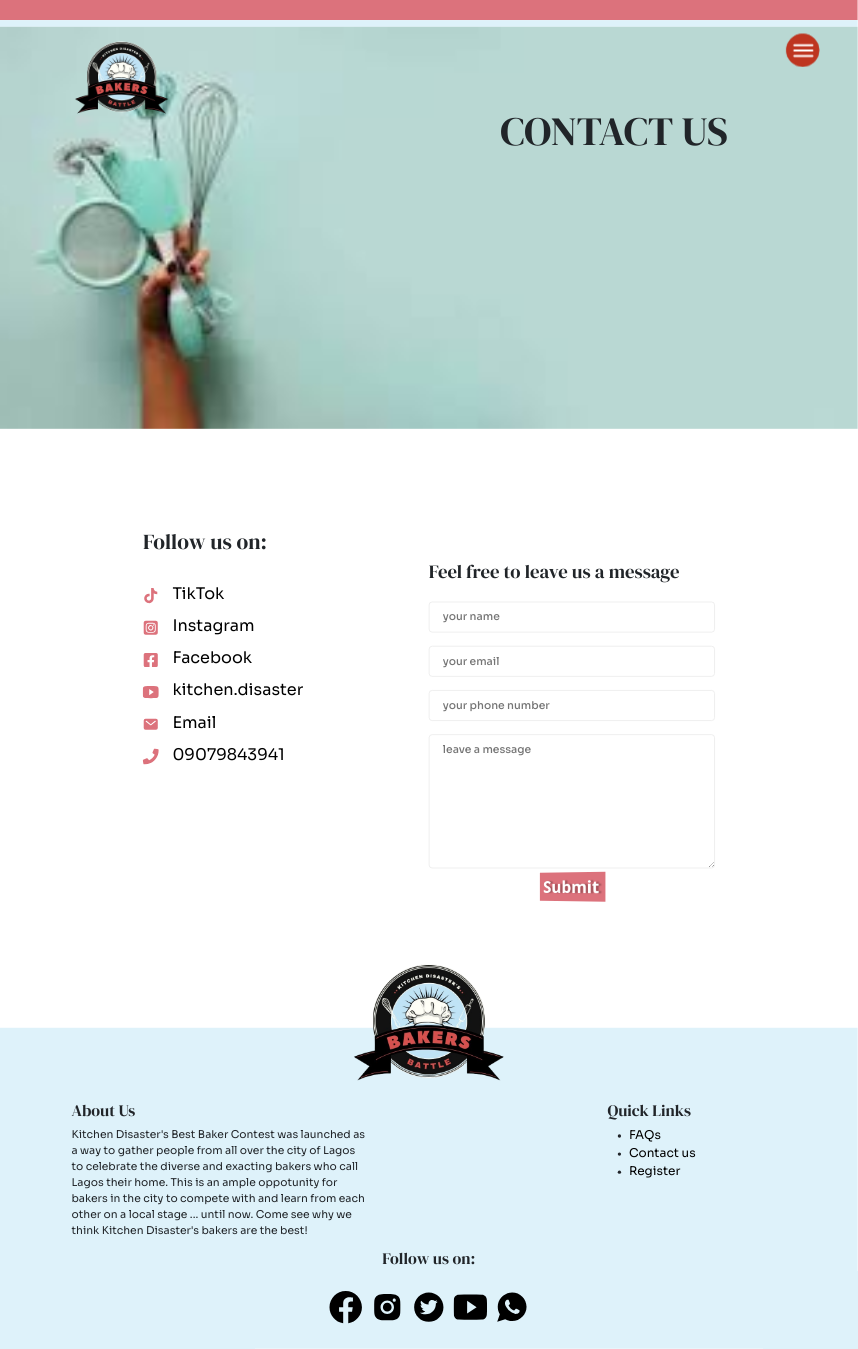
Repository: sarahnnanyelugo/bakers-battle
Page: /contact
These files come from the project's save history. The page is drawn as it stood at one moment and after the next save; the edit follows.
The browser window is 1280 px wide. The pictures show the whole page, at 67% of full size.
The project was rebuilt for these pictures with package versions that can differ from the ones it lists, and the page was loaded fresh each time. Also part of the build but not shown: src/components/ScreenSlide/slide.scss, src/components/ScreenSlide/ScreenSlide.js, src/pages/Home/home.scss, src/pages/Home/Home.js, src/components/Title.js, src/components/FAQAccord/faq-accord.scss, src/components/FAQAccord/FAQAccord.js, src/pages/FAQ/faq.scss and 9 more.

Above is the page before, as saved 2024-07-17 01:18:42.

### src/App.js
import logo from "./logo.svg";
import "./App.scss";
import "bootstrap/dist/css/bootstrap.min.css";
import { BrowserRouter, Routes, Route, Link, Outlet } from "react-router-dom";
import { Home } from "./pages/Home/Home";
import { Navbar } from "./components/Navbar/Navbar";
import { Footer } from "./components/Footer/Footer";
import { FAQ } from "./pages/FAQ/FAQ";
import { Registration } from "./pages/Registration/Registration";
import { Contact } from "./pages/ContactPage/Contact";
import { Sponsors } from "./pages/Sponsors/Sponsors";
import ScrollToTop from "./scrollToTop";
import About from "./pages/About/About";
function App() {
  return (
    <>
      <ScrollToTop />
      <Navbar />
      <Routes>
        <Route path="/" element={<Home />} />{" "}
        <Route path="/faq" element={<FAQ />} />{" "}
        <Route path="/registration" element={<Registration />} />{" "}
        <Route path="/contact" element={<Contact />} />{" "}
        <Route path="/sponsors" element={<Sponsors />} />{" "}
        <Route path="/about" element={<About />} />{" "}
      </Routes>
      <Footer />
    </>
  );
}

export default App;

### src/App.scss
.app-btn {
  color: #fff;
  background: #dc727c;
  padding: 5px 30px;
  border-radius: 10px;
  border: solid 4px #dc727c;
  font-size: 30px;
  &:hover {
    color: #dc727c;
    background: #fff;
    transition: 0.5s ease;
  }
}

.button-92 {
  --c: #fff;

  background: linear-gradient(90deg, #0000 33%, #fff5, #0000 67%)
      var(--_p, 100%) / 300% no-repeat,
    #dc727c;

  color: #0000;
  border: none;
  transform: perspective(500px) rotateY(calc(20deg * var(--_i, -1)));
  text-shadow: calc(var(--_i, -1) * 0.08em) -0.01em 0 var(--c),
    calc(var(--_i, -1) * -0.08em) 0.01em 2px #0004;
  outline-offset: 0.1em;
  transition: 0.3s;
}

.button-92:hover,
.button-92:focus-visible {
  --_p: 0%;
  --_i: 1;
}

.button-92:active {
  text-shadow: none;
  color: var(--c);
  box-shadow: inset 0 0 9e9Q #0005;
  transition: 0s;
}

.button-92 {
  font-weight: bold;
  font-size: 2rem;
  margin: 0;
  cursor: pointer;
  padding: 0.1em 0.3em;
}

.button-48 {
  appearance: none;
  background-color: #ffffff;
  border-width: 0;
  box-sizing: border-box;
  color: #000000;
  cursor: pointer;
  display: inline-block;
  font-size: 14px;
  font-weight: 500;
  letter-spacing: 0;
  line-height: 1em;
  margin: 0;
  opacity: 1;
  outline: 0;
  padding: 1.5em 4px;
  position: relative;
  text-align: center;
  text-decoration: none;
  text-rendering: geometricprecision;
  text-transform: uppercase;
  transition: opacity 300ms cubic-bezier(0.694, 0, 0.335, 1),
    background-color 100ms cubic-bezier(0.694, 0, 0.335, 1),
    color 100ms cubic-bezier(0.694, 0, 0.335, 1);
  user-select: none;
  -webkit-user-select: none;
  touch-action: manipulation;
  vertical-align: baseline;
  white-space: nowrap;
}

.button-48:before {
  animation: opacityFallbackOut 0.5s step-end forwards;
  backface-visibility: hidden;
  background-color: #ebebeb;
  clip-path: polygon(-1% 0, 0 0, -25% 100%, -1% 100%);
  content: "";
  height: 100%;
  left: 0;
  position: absolute;
  top: 0;
  transform: translateZ(0);
  transition: clip-path 0.5s cubic-bezier(0.165, 0.84, 0.44, 1),
    -webkit-clip-path 0.5s cubic-bezier(0.165, 0.84, 0.44, 1);
  width: 100%;
}

.button-48:hover:before {
  animation: opacityFallbackIn 0s step-start forwards;
  clip-path: polygon(0 0, 101% 0, 101% 101%, 0 101%);
}

.button-48:after {
  background-color: #ffffff;
}

.button-48 span {
  z-index: 1;
  position: relative;
}
@font-face {
  font-family: SoraM;
  src: url(./assets/fonts/sora/Sora-Medium.ttf);
}
@font-face {
  font-family: SoraB;
  src: url(./assets/fonts/sora/Sora-Bold.ttf);
}
@font-face {
  font-family: SoraEB;
  src: url(./assets/fonts/sora/Sora-ExtraBold.ttf);
}
@font-face {
  font-family: SoraR;
  src: url(./assets/fonts/sora/Sora-Regular.ttf);
}
@font-face {
  font-family: SoraSB;
  src: url(./assets/fonts/sora/Sora-SemiBold.ttf);
}
@font-face {
  font-family: SoraL;
  src: url(./assets/fonts/sora/Sora-Light.ttf);
}
@font-face {
  font-family: SerifR;
  src: url(./assets/fonts/serif/DMSerifDisplay-Regular.ttf);
}
@font-face {
  font-family: SerifI;
  src: url(./assets/fonts/serif/DMSerifDisplay-Italic.ttf);
}
h1,
h2,
h3,
h4,
h5,
h6 {
  font-family: SerifR;
}

p,
li,
a,
small {
  font-family: SoraR;
}
button {
  font-family: SoraSB;
}
.mobile-padding {
  @media screen and (max-width: 820px) {
    padding-right: 7px;
    padding-left: 7px;
  }
}

### src/components/Navbar/Navbar.js
import React, { useEffect, useState } from "react";
import "./navbar.scss";
import Logo from "../../assets/images/logo2.png";
import Flier from "../../assets/images/flier2.jpeg";
import { Link } from "react-router-dom";
import { Title } from "../Title";
export const Navbar = () => {
  const [isMenuOpen, setIsMenuOpen] = useState(false);
  const toggleMenu = () => {
    setIsMenuOpen(!isMenuOpen);
  };

  // Step 2: Create a function to handle checkbox changes
  const handleCheckboxChange = (event) => {
    setIsMenuOpen(event.target.checked);
  };

  // Step 3: Use useEffect to track checkbox status changes
  useEffect(() => {
    // Code to run when isMenuOpen changes
    console.log(`Checkbox is now ${isMenuOpen ? "checked" : "unchecked"}`);
  }, [isMenuOpen]); // Dependency array contains isMenuOpen

  // Function to close menu
  const closeMenu = () => {
    setIsMenuOpen(false);
  };
  return (
    <>
      <div style={{ height: "30px", background: "#DC727C" }} />
      <div style={{ height: "10px", background: "#DEF2FA" }} />

      <main>
        <div
          className="col-md-2 offset-md-1"
          style={{ position: "relative", zIndex: 220 }}
        >
          {" "}
          <Link to={"/"}>
            <img className="img2" src={Logo} alt="Scholar" width="70%" />
          </Link>
        </div>
        <center>
          <h1 style={{ color: " black", fontSize: "90px" }}></h1>
        </center>

        <input
          type="checkbox"
          id="myInput"
          checked={isMenuOpen}
          onChange={handleCheckboxChange}
        />
        <label for="myInput" className="offset-md-11 tog">
          <span class="bar top"></span>
          <span class="bar middle"></span>
          <span class="bar bottom"></span>
        </label>

        <aside>
          <div class="aside-section aside-left col-md-4">
            <div class="aside-content">
              <img
                className="img col-md-12 offset-md-"
                src={Flier}
                alt="Scholar"
                width="100%"
              />
            </div>
          </div>
          <div class="aside-section aside-right col-md-8 ">
            <div className="col-md-4 offset-md-4">
              {" "}
              <ul class="aside-list ">
                <li>
                  <Link to={"/"} class="aside-anchor" onClick={closeMenu}>
                    HOME
                  </Link>
                </li>
                <li>
                  <Link to={"/about"} class="aside-anchor" onClick={closeMenu}>
                    ABOUT
                  </Link>
                </li>
                <li>
                  <Link to={"/faq"} class="aside-anchor" onClick={closeMenu}>
                    FAQs
                  </Link>
                </li>
                <li onClick={closeMenu}>
                  <Link to={"/sponsors"} class="aside-anchor">
                    SPONSORS
                  </Link>
                </li>{" "}
                <li onClick={closeMenu}>
                  <Link to={"/contact"} class="aside-anchor">
                    CONTACT
                  </Link>
                </li>
                <li onClick={closeMenu}>
                  <Link to={"/registration"} class="aside-anchor">
                    REGISTER
                  </Link>
                </li>
              </ul>
            </div>
          </div>
        </aside>
      </main>
    </>
  );
};

### src/components/Footer/Footer.js
import React from "react";
import "./footer.scss";
import Logo from "../../assets/images/logo2.png";
import { Link } from "react-router-dom";
import { FaFacebook } from "react-icons/fa";
import { AiFillInstagram } from "react-icons/ai";
import { IoLogoYoutube } from "react-icons/io";
import { IoLogoWhatsapp } from "react-icons/io";
import { AiFillTwitterCircle } from "react-icons/ai";

export const Footer = () => {
  return (
    <footer>
      <center>
        <div className="col-md-3">
          <img className="img2" src={Logo} alt="Scholar" width="75%" />
        </div>
      </center>{" "}
      <div className="d-md-flex col-md-10 offset-md-1 mobile-padding">
        <div className="col-md-5">
          <h4>About Us</h4>
          <p>
            Kitchen Disaster's Best Baker Contest was launched as a way to
            gather people from all over the city of Lagos to celebrate the
            diverse and exacting bakers who call Lagos their home. This is an
            ample oppotunity for bakers in the city to compete with and learn
            from each other on a local stage ... until now. Come see why we
            think Kitchen Disaster's bakers are the best!
          </p>
        </div>
        <div className="col-md-2 offset-md-4">
          <h4>Quick Links</h4>
          <ul>
            <li>
              <Link to={"/"}>FAQs</Link>
            </li>{" "}
            <li>
              <Link to={"/"}>Contact us</Link>
            </li>{" "}
            <li>
              <Link to={"/"}>Register</Link>
            </li>{" "}
          </ul>
        </div>
      </div>
      <center>
        <h4>Follow us on:</h4>
        <ul className="list-inline media-links">
          <li className="list-inline-item">
            <Link to={"/"}>
              <FaFacebook style={{ fontSize: "50px" }} />
            </Link>
          </li>{" "}
          <li className="list-inline-item">
            <Link to={"/"}>
              <AiFillInstagram style={{ fontSize: "50px" }} />
            </Link>
          </li>{" "}
          <li className="list-inline-item">
            <Link to={"/"}>
              <AiFillTwitterCircle style={{ fontSize: "50px" }} />
            </Link>
          </li>{" "}
          <li className="list-inline-item">
            <Link to={"/"}>
              <IoLogoYoutube style={{ fontSize: "50px" }} />
            </Link>
          </li>{" "}
          <li className="list-inline-item">
            <Link to={"/"}>
              <IoLogoWhatsapp style={{ fontSize: "50px" }} />
            </Link>
          </li>
        </ul>
      </center>
    </footer>
  );
};

### src/pages/ContactPage/Contact.js
import React from "react";
import "./contact.scss";
import { IoLogoTiktok } from "react-icons/io5";
import { Link } from "react-router-dom";
import { FaSquareInstagram } from "react-icons/fa6";
import { FaFacebookSquare } from "react-icons/fa";
import { IoLogoYoutube } from "react-icons/io";
import { FaPhone } from "react-icons/fa";
import { IoMail } from "react-icons/io5";

export const Contact = () => {
  return (
    <>
      <div className="contact-div">
        <div className="offset-md-7">
          {" "}
          <h1>CONTACT US</h1>
        </div>
      </div>

      <div className="col-md-8 offset-md-2 contact-form ">
        <h2>Follow us on:</h2>
        <div className="d-md-flex">
          {" "}
          <div className="col-md-6" style={{ marginTop: "30px" }}>
            <h4>
              <IoLogoTiktok className="media-icons" />
              <Link to={"kitchendisaster1"}>TikTok</Link>
            </h4>
            <h4>
              <FaSquareInstagram className="media-icons" />

              <Link to={"kitchendisaster1"}>Instagram</Link>
            </h4>
            <h4>
              <FaFacebookSquare className="media-icons" />

              <Link to={"kitchen disaster"}>Facebook</Link>
            </h4>
            <h4>
              <IoLogoYoutube className="media-icons" />

              <Link to={"kitchen disaster"}>kitchen.disaster</Link>
            </h4>{" "}
            <h4>
              <IoMail className="media-icons" />

              <Link to={"kitchen disaster"}>Email</Link>
            </h4>{" "}
            <h4>
              <FaPhone className="media-icons" />

              <Link to={"kitchen disaster"}>09079843941</Link>
            </h4>
          </div>
          <div className="col-md-6">
            <h3>Feel free to leave us a message</h3>
            <form>
              <input type="text" placeholder="your name" />
              <input type="email" placeholder="your email" />
              <input type="phone" placeholder="your phone number" />
              <textarea placeholder="leave a message" />
              <center>
                <button
                  class="button-92"
                  role="button"
                  style={{ fontSize: "25px" }}
                >
                  Submit
                </button>
              </center>
            </form>
          </div>
        </div>
      </div>
    </>
  );
};

### src/components/Navbar/navbar.scss
main {
  height: 800px;
  position: relative;
  overflow: hidden;
}

.aside-section {
  top: 0;
  bottom: 0;
  position: absolute;
}

.aside-left {
  display: none;
  width: 40%;
  left: 0;
  background: #dc727c;

  -webkit-transform: translateY(-100%);
  -moz-transform: translateY(-100%);
  -ms-transform: translateY(-100%);
  -o-transform: translateY(-100%);
  transform: translateY(-100%);
  transition: transform 0.9s ease-in-out;
}

.aside-right {
  width: 100%;
  right: 0;
  background-color: #def2fa;
  -webkit-transform: translateX(100%);
  -moz-transform: translateX(100%);
  -ms-transform: translateX(100%);
  -o-transform: translateX(100%);
  transform: translateX(100%);
  transition: transform 0.9s ease-in-out;
}

.aside-list {
  list-style: none;
  padding: 0;
  margin: 0;
  margin-top: 150px;
  text-align: left;
  padding-left: 50px;
}

.aside-content {
  //   margin-top: 150px;
  padding: 0 40px;
  position: relative;
  color: white;
  text-align: center;
}

.aside-list li {
  margin-bottom: 20px;
}

.aside-anchor::after {
  content: "";
  position: absolute;
  bottom: 0;
  background-color: #ff5964;
  left: 0;
  right: 0;
  height: 6px;
  border-radius: 6px;
}

.aside-anchor::before {
  border-radius: 3px;
  content: "";
  position: absolute;
  bottom: 0;
  background-color: rgb(9, 1, 1);
  left: 0;
  height: 6px;
  z-index: 1;
  width: 50%;
  -webkit-transition: transform 0.2s ease-in-out;
  -o-transition: transform 0.2s ease-in-out;
  transition: transform 0.2s ease-in-out;
}

.aside-anchor:hover:before {
  -webkit-transform: translateX(100%);
  -moz-transform: translateX(100%);
  -ms-transform: translateX(100%);
  -o-transform: translateX(100%);
  transform: translateX(100%);
}

.aside-anchor {
  padding-bottom: 7px;
  color: rgb(14, 14, 14);
  text-decoration: none;
  font-size: 30px;
  position: relative;
  font-weight: 500;
}

input[type="checkbox"] {
  display: none;
}

input[type="checkbox"]:checked ~ aside .aside-left {
  transform: translateY(0%);
}

input[type="checkbox"]:checked ~ aside .aside-right {
  transform: translateX(0%);
}

input[type="checkbox"]:checked ~ label .bar {
  background-color: #fff;
}

input[type="checkbox"]:checked ~ label .top {
  -webkit-transform: translateY(0px) rotateZ(45deg);
  -moz-transform: translateY(0px) rotateZ(45deg);
  -ms-transform: translateY(0px) rotateZ(45deg);
  -o-transform: translateY(0px) rotateZ(45deg);
  transform: translateY(0px) rotateZ(45deg);
}

input[type="checkbox"]:checked ~ label .bottom {
  -webkit-transform: translateY(-15px) rotateZ(-45deg);
  -moz-transform: translateY(-15px) rotateZ(-45deg);
  -ms-transform: translateY(-15px) rotateZ(-45deg);
  -o-transform: translateY(-15px) rotateZ(-45deg);
  transform: translateY(-15px) rotateZ(-45deg);
}

input[type="checkbox"]:checked ~ label .middle {
  width: 0;
}

.middle {
  margin: 0 auto;
}

label {
  top: 40px;
  display: inline-block;
  padding: 10px 10px;
  background-color: transparent;
  cursor: pointer;
  margin: 10px;
  z-index: 3;
  position: fixed;
}

.bar {
  display: block;
  background-color: #fff;
  width: 30px;
  height: 3px;
  border-radius: 5px;
  margin: 5px auto;
  transition: background-color 0.4s ease-in, transform 0.4s ease-in,
    width 0.4s ease-in;
}

@media (min-width: 992px) {
  h1 {
    font-size: 40px;
  }
  .aside-left {
    display: block;
  }

  .aside-right {
    width: 60%;
  }
}
.tog {
  height: 50px;
  width: 50px;
  border: solid 1px #be3520;
  background: #be3520;
  border-radius: 50%;
}
.img2 {
}

### src/components/Footer/footer.scss
footer {
  background: #def2fa;
  //   padding-top: 30px;
  padding-bottom: 20px;
  margin-top: 190px;
  img {
    margin-top: -130px;
  }
  a {
    color: #000;
    text-decoration: none;
    font-size: 18px;
    &:hover {
      color: #dc727c;
    }
  }
}
.media-links {
  li {
    font-size: 50px !important;
  }
}

### src/pages/ContactPage/contact.scss
.contact-div {
  height: 600px;
  //   background: url("../../assets/images/landing.webp");
  background: url("../../assets/images/landing1.jpeg");
  margin-top: -800px;
  background-size: cover;
  background-repeat: no-repeat;
  background-position: center;
  padding-top: 120px;
  h1 {
    font-size: 60px;
    @media screen and (max-width: 820px) {
      font-size: 20px;
    }
  }
}
.contact-form {
  margin-top: 150px;
  input,
  textarea {
    width: 100%;
    padding: 10px 20px;
    margin-top: 20px;
    border: solid 1px #e7e7e7;
    border-radius: 5px;
    font-family: SoraM;
  }
  textarea {
    min-height: 200px;
  }
  a {
    color: #000;
    line-height: 40px;
    text-decoration: none;
    &:hover {
      color: #dc727c;
      text-decoration: underline;
    }
  }
}
.media-icons {
  color: #dc727c;
  margin-right: 20px;
}

Loaded but not shown: public/index.html (common file); src/index.js (common file); src/index.css (common file); src/reportWebVitals.js (common file); src/scrollToTop.js (common file)

After the next save:
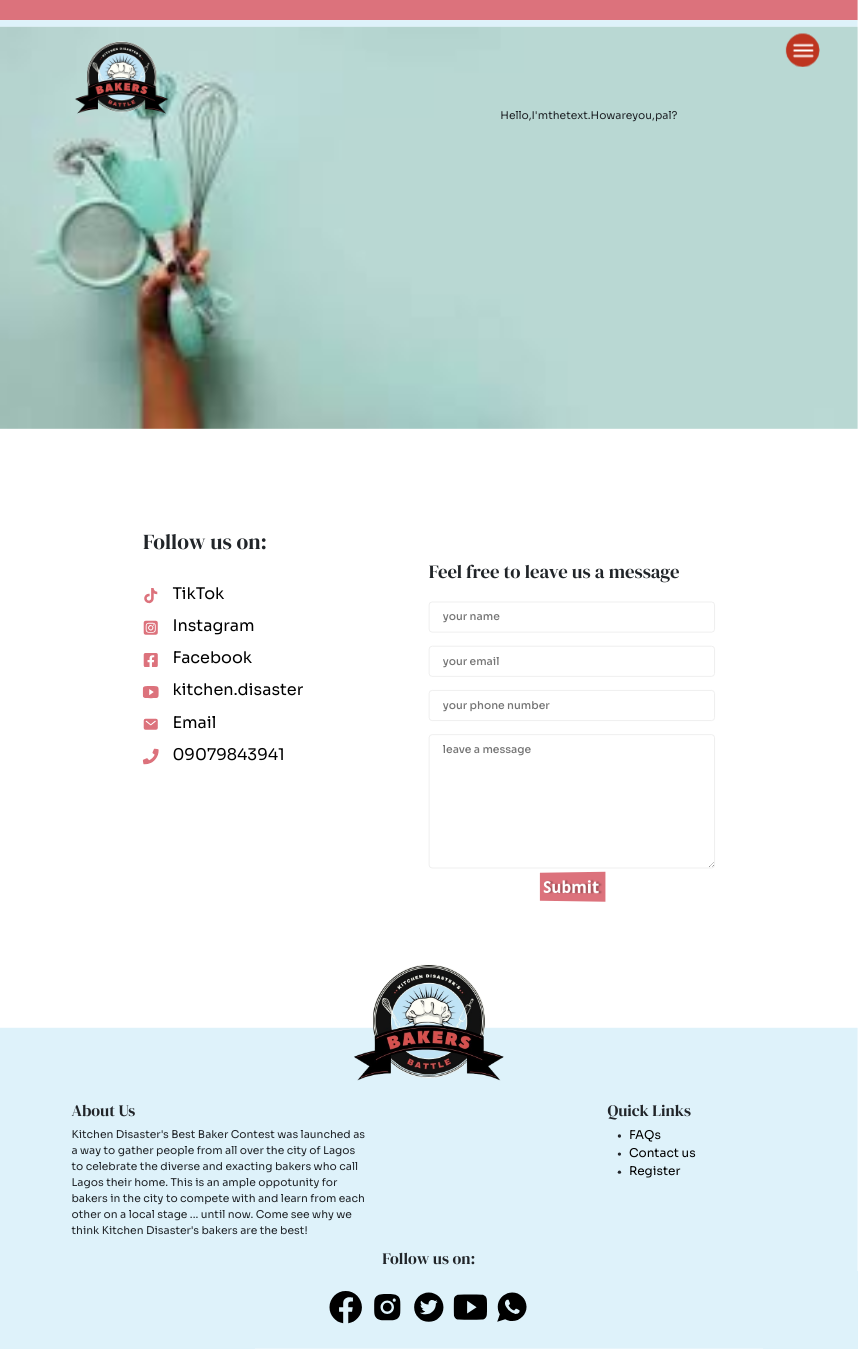
Saved 3 min 17 s later.
--- a/src/pages/ContactPage/Contact.js
+++ b/src/pages/ContactPage/Contact.js
@@ -14,7 +14,16 @@
       <div className="contact-div">
         <div className="offset-md-7">
           {" "}
-          <h1>CONTACT US</h1>
+          <p class="cool">
+            <span data-text="Hello,">Hello,</span>
+            <span data-text="I'm">I'm</span>
+            <span data-text="the">the</span>
+            <span data-text="text.">text.</span>
+            <span data-text="How">How</span>
+            <span data-text="are">are</span>
+            <span data-text="you,">you,</span>
+            <span data-text="pal?">pal?</span>
+          </p>
         </div>
       </div>
 

After the save that followed:
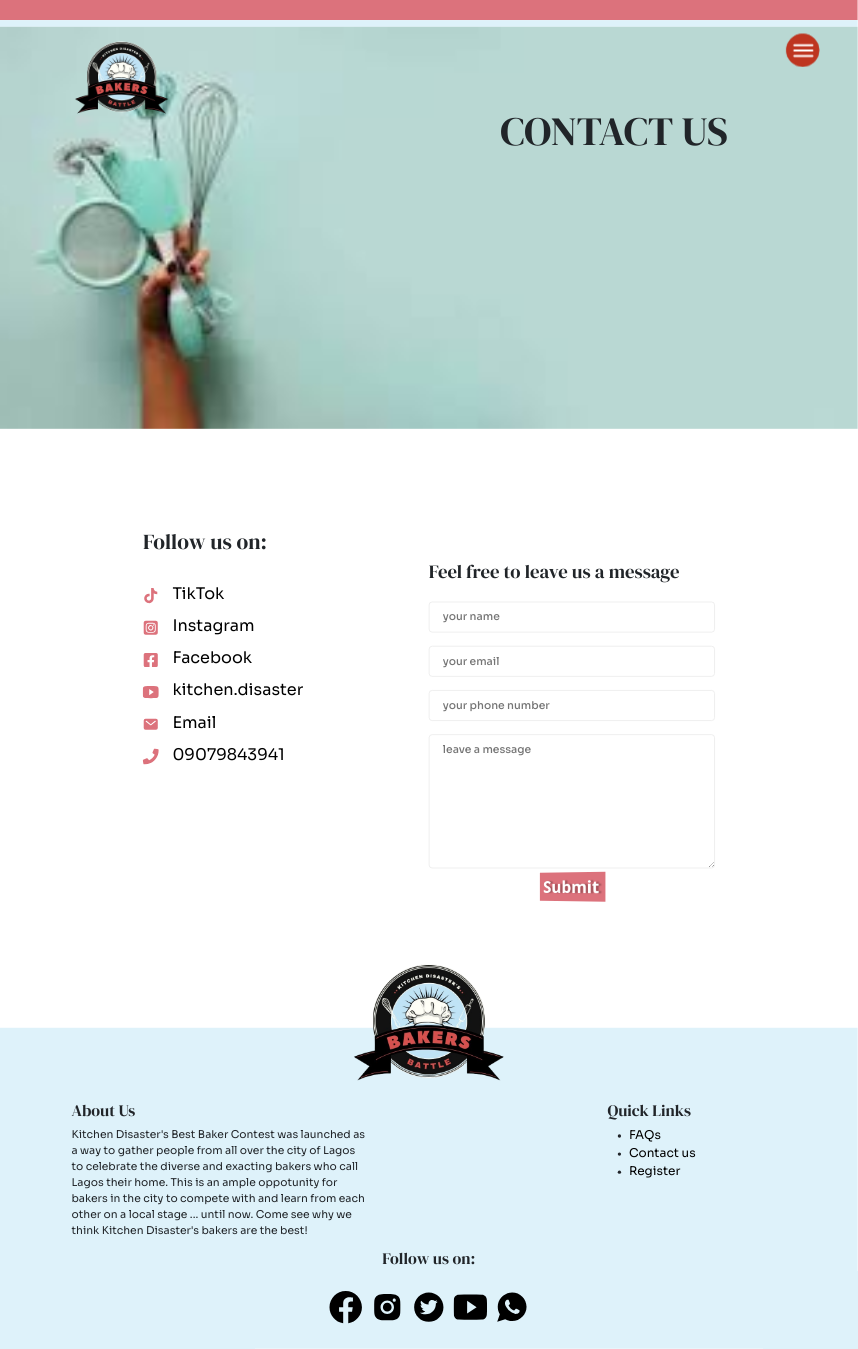
Saved 32 s later.
--- a/src/pages/ContactPage/Contact.js
+++ b/src/pages/ContactPage/Contact.js
@@ -14,16 +14,9 @@
       <div className="contact-div">
         <div className="offset-md-7">
           {" "}
-          <p class="cool">
-            <span data-text="Hello,">Hello,</span>
-            <span data-text="I'm">I'm</span>
-            <span data-text="the">the</span>
-            <span data-text="text.">text.</span>
-            <span data-text="How">How</span>
-            <span data-text="are">are</span>
-            <span data-text="you,">you,</span>
-            <span data-text="pal?">pal?</span>
-          </p>
+          <h1 class="cool">
+            <span data-text="Hello,">CONTACT US</span>
+          </h1>
         </div>
       </div>
 
